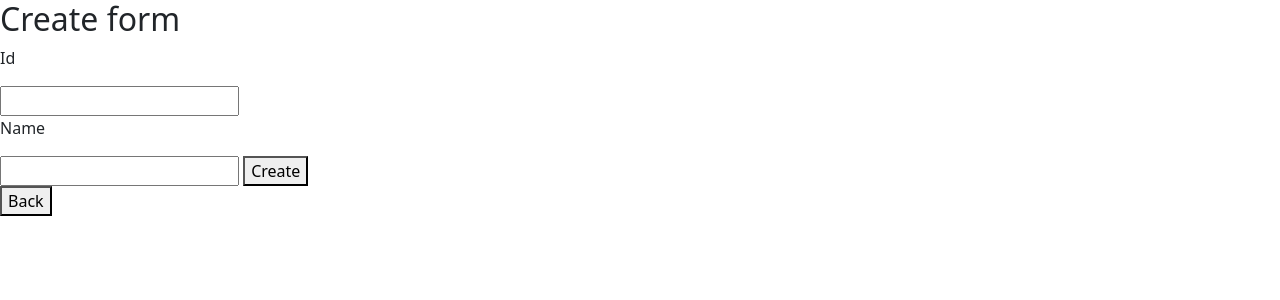
Repository: hongquan16101995/servlet-jw0124
Page: http://localhost/demo/categories?action=createGet
The author's editor kept a copy of each file at every save. The page is drawn from the files as they stood at one save, then again after the next save.
The browser window is 1280 px wide. The pictures show the whole page.
The page is served by Tomcat 9. Other server files are loaded and not shown.

Above is the page before, as saved 2024-05-14 12:28:45.

### demo/src/main/webapp/category/create.jsp
<%@ page language="java" contentType="text/html; charset=ISO-8859-1"
    pageEncoding="ISO-8859-1"%>
<!DOCTYPE html>
<html>
<head>
<meta charset="ISO-8859-1">
<title>Insert title here</title>
<link href="https://cdn.jsdelivr.net/npm/bootstrap@5.0.2/dist/css/bootstrap.min.css" rel="stylesheet" integrity="sha384-EVSTQN3/azprG1Anm3QDgpJLIm9Nao0Yz1ztcQTwFspd3yD65VohhpuuCOmLASjC" crossorigin="anonymous">
<script src="https://cdn.jsdelivr.net/npm/bootstrap@5.0.2/dist/js/bootstrap.bundle.min.js" integrity="sha384-MrcW6ZMFYlzcLA8Nl+NtUVF0sA7MsXsP1UyJoMp4YLEuNSfAP+JcXn/tWtIaxVXM" crossorigin="anonymous"></script>
</head>
<body>
<h2>Create form</h2>
<form action="/demo/categories?action=createPost" method="post">
	<p>Id</p>
	<input name="id">
	<p>Name</p>
	<input name="name">
	<button type="submit">Create</button>

</form><a href="/demo/categories"><button>Back</button></a>
</body>
</html>

### demo/src/main/java/controller/CategoryServlet.java
package controller;

import java.io.IOException;
import java.util.List;

import javax.servlet.ServletException;
import javax.servlet.annotation.WebServlet;
import javax.servlet.http.HttpServlet;
import javax.servlet.http.HttpServletRequest;
import javax.servlet.http.HttpServletResponse;

import model.Category;
import service.CategoryService;

/**
 * Servlet implementation class CategoryServlet
 */
@WebServlet("/categories")
public class CategoryServlet extends HttpServlet {
	private static final long serialVersionUID = 1L;
	private CategoryService categoryService = CategoryService.getInstance();

	/**
	 * @see HttpServlet#doGet(HttpServletRequest request, HttpServletResponse response)
	 */
	protected void doGet(HttpServletRequest request, HttpServletResponse response) throws ServletException, IOException {
		// TODO Auto-generated method stub
		String action = request.getParameter("action");
		if (action == null) {
			action = "";
		}
		switch(action) {
			case "createGet":
				createGet(request, response);
				break;
			case "updateGet":
				updateGet(request, response);
				break;
			default:
				displayAllCategory(request, response);
				break;
		}
	}

	/**
	 * @see HttpServlet#doPost(HttpServletRequest request, HttpServletResponse response)
	 */
	protected void doPost(HttpServletRequest request, HttpServletResponse response) throws ServletException, IOException {
		// TODO Auto-generated method stub
		String action = request.getParameter("action");
		if (action == null) {
			action = "";
		}
		switch(action) {
			case "createPost":
				createPost(request, response);
				break;
			case "updatePost":
				updatePost(request, response);
				break;
		}
	}

	private void displayAllCategory(HttpServletRequest request, HttpServletResponse response) throws ServletException, IOException {
		List<Category> categories = categoryService.getCategories();
		request.setAttribute("categories", categories);
		request.getRequestDispatcher("category/list.jsp").forward(request, response);
	}

	private void createGet(HttpServletRequest request, HttpServletResponse response) throws ServletException, IOException {
		Category category = new Category();
		request.setAttribute("category", category);
		request.getRequestDispatcher("category/create.jsp").forward(request, response);
	}

	private void createPost(HttpServletRequest request, HttpServletResponse response) throws ServletException, IOException {
		int id = Integer.parseInt(request.getParameter("id"));
		String name = request.getParameter("name");
		categoryService.createCategory(new Category(id, name));
		response.sendRedirect("/demo/categories");
	}

	private void updateGet(HttpServletRequest request, HttpServletResponse response) throws ServletException, IOException {
		int id = Integer.parseInt(request.getParameter("id"));
		Category category = categoryService.getById(id);
		request.setAttribute("category", category);
		request.getRequestDispatcher("category/update.jsp").forward(request, response);
	}

	private void updatePost(HttpServletRequest request, HttpServletResponse response) throws ServletException, IOException {
		int id = Integer.parseInt(request.getParameter("id"));
		String name = request.getParameter("name");
		categoryService.updateCategory(id, new Category(id, name));
		response.sendRedirect("/demo/categories");
	}
}

### demo/src/main/java/model/Category.java
package model;

public class Category {
	private int id;
	private String name;

	public Category() {
		super();
	}

	public Category(int id, String name) {
		super();
		this.id = id;
		this.name = name;
	}

	public int getId() {
		return id;
	}


	public void setId(int id) {
		this.id = id;
	}

	public String getName() {
		return name;
	}

	public void setName(String name) {
		this.name = name;
	}
}

After the next save:
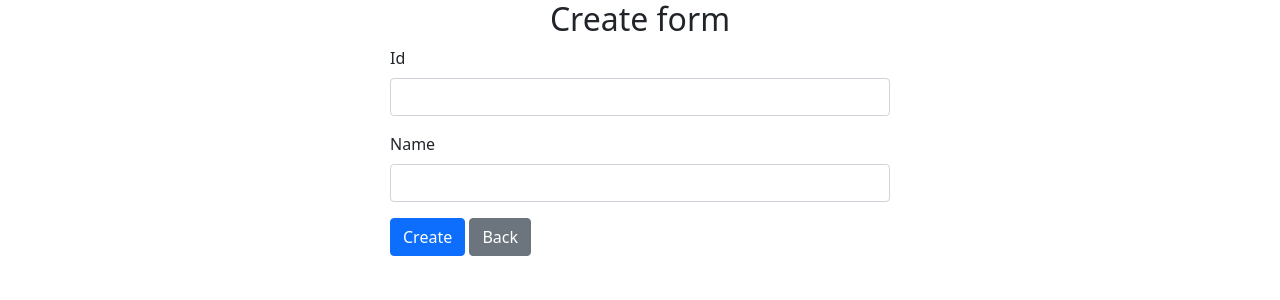
Saved 2 min 27 s later.
--- a/demo/src/main/webapp/category/create.jsp
+++ b/demo/src/main/webapp/category/create.jsp
@@ -7,16 +7,32 @@
 <title>Insert title here</title>
 <link href="https://cdn.jsdelivr.net/npm/bootstrap@5.0.2/dist/css/bootstrap.min.css" rel="stylesheet" integrity="sha384-EVSTQN3/azprG1Anm3QDgpJLIm9Nao0Yz1ztcQTwFspd3yD65VohhpuuCOmLASjC" crossorigin="anonymous">
 <script src="https://cdn.jsdelivr.net/npm/bootstrap@5.0.2/dist/js/bootstrap.bundle.min.js" integrity="sha384-MrcW6ZMFYlzcLA8Nl+NtUVF0sA7MsXsP1UyJoMp4YLEuNSfAP+JcXn/tWtIaxVXM" crossorigin="anonymous"></script>
+<style type="text/css">
+	#create {
+		width: 500px;
+		margin: auto;
+	}
+
+	h2 {
+		text-align: center;
+	}
+</style>
 </head>
 <body>
+<div id="create">
 <h2>Create form</h2>
 <form action="/demo/categories?action=createPost" method="post">
-	<p>Id</p>
-	<input name="id">
-	<p>Name</p>
-	<input name="name">
-	<button type="submit">Create</button>
-
-</form><a href="/demo/categories"><button>Back</button></a>
+<div class="mb-3">
+  <label for="id" class="form-label">Id</label>
+  <input type="text" class="form-control" id="id" name="id">
+</div>
+<div class="mb-3">
+  <label for="name" class="form-label">Name</label>
+  <input type="text" class="form-control" id="name" name="name">
+</div>
+	<button class="btn btn-primary" type="submit">Create</button>
+	<a class="btn btn-secondary" href="/demo/categories">Back</a>
+</form>
+</div>
 </body>
 </html>
